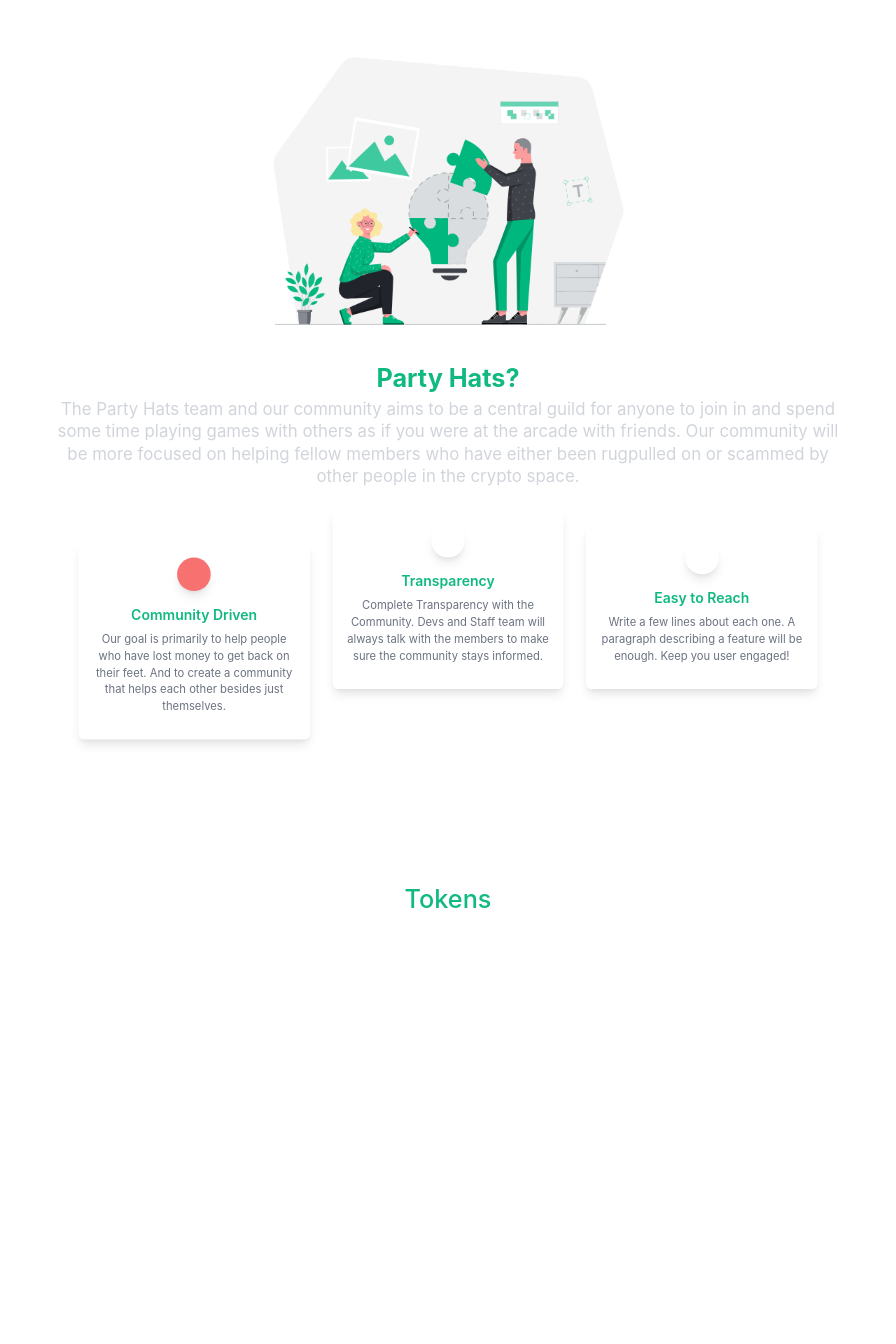
Repository: rhinorphan/phat-landing-page
Page: /
The author's editor kept a copy of each file at every save. The page is drawn from the files as they stood at one save, then again after the next save.
The browser window is 1280 px wide. The pictures show the part of the page from y = 848 to 2768 px (the page is 4016 px tall), at 70% of full size.
The project was rebuilt for these pictures with package versions that can differ from the ones it lists, and the page was loaded fresh each time. Also part of the build but not shown: craco.config.js.

Above is the page before, as saved 2021-11-17 17:44:39.

### public/index.html
<!DOCTYPE html>
<html lang="en">
  <head>
    <meta charset="utf-8" />
    <link rel="icon" href="%PUBLIC_URL%/assets/images/server_icon.png" />
    <meta name="PHAT" content="width=device-width, initial-scale=1" />
    <meta name="theme-color" content="#000000" />
    <meta
      name="description"
      content="PHAT Landing Page"
    />
    <link rel="apple-touch-icon" href="%PUBLIC_URL%/assets/images/server_icon.png" />
    <!--
      manifest.json provides metadata used when your web app is installed on a
      user's mobile device or desktop. See https://developers.google.com/web/fundamentals/web-app-manifest/
    -->
    <link rel="manifest" href="%PUBLIC_URL%/manifest.json" />
    <!--
      Notice the use of %PUBLIC_URL% in the tags above.
      It will be replaced with the URL of the `public` folder during the build.
      Only files inside the `public` folder can be referenced from the HTML.

      Unlike "/favicon.ico" or "favicon.ico", "%PUBLIC_URL%/favicon.ico" will
      work correctly both with client-side routing and a non-root public URL.
      Learn how to configure a non-root public URL by running `npm run build`.
    -->
    <title>Party Hats</title>
  </head>
  <body>
    <noscript>You need to enable JavaScript to run this app.</noscript>
    <div id="root"></div>
    <!--
      This HTML file is a template.
      If you open it directly in the browser, you will see an empty page.

      You can add webfonts, meta tags, or analytics to this file.
      The build step will place the bundled scripts into the <body> tag.

      To begin the development, run `npm start` or `yarn start`.
      To create a production bundle, use `npm run build` or `yarn build`.
    -->
  </body>
</html>

### src/App.js
import logo from './logo.svg';
import './App.css';
import Header from './components/Header';
import Contact from './components/Contact';
import Landing from './components/Landing';
import Community from './components/Community';
import Tokens from './components/Tokens';
import About from './components/About';

function App() {
  return (
    <div className="app">
        <Header />
        <div className="app__body">
          <Landing />
          <Community />
          <Tokens />
          <About />
          <Contact />
        </div>
    </div>
  );
}

export default App;

### src/App.css
.active {
  @apply py-4 px-2 text-green-500 border-b-4 border-green-500 font-semibold
}

.active2 {
  @apply block text-sm px-2 py-4 text-white bg-green-500 font-semibold
}

.nobull {
  list-style-type: none;
}

### src/components/Header.js
import React from 'react';
import { Link, animateScroll as scroll } from "react-scroll";

function Header() {

  const handleSubmit = (e) => {
    e.preventDefault();

		const menu = document.querySelector(".mobile-menu");

		menu.classList.toggle("hidden");
  }
  const scrollToTop = (e) => {
    scroll.scrollToTop();
  };

  return (
    <nav class="bg-white shadow-lg sticky top-0">
			<div class="max-w-6xl mx-auto px-4">
				<div class="flex justify-between">
					<div class="flex space-x-7">
						<div>
							<a href="" class="flex items-center py-4 px-2">
								<img src={`${process.env.PUBLIC_URL}/assets/images/server_icon.png`} alt="Logo" class="inline object-cover w-12 h-12 mr-4 rounded-full"/>
								<span onClick={scrollToTop}class="font-semibold text-gray-500 text-lg">Party Hats</span>
							</a>
						</div>
						<div class="hidden md:flex items-center space-x-1 nobull">
              <li><Link activeClass="active" className="py-4 px-2 text-gray-500 font-semibold hover:text-green-500 transition duration-300 cursor-pointer"
              to="landing" spy={true} smooth={true} duration={500}>Home</Link></li>
							<li><Link activeClass="active" className="py-4 px-2 text-gray-500 font-semibold hover:text-green-500 transition duration-300 cursor-pointer"
              to="community" spy={true} smooth={true} duration={500}>Community</Link></li>
              <li><Link activeClass="active" className="py-4 px-2 text-gray-500 font-semibold hover:text-green-500 transition duration-300 cursor-pointer"
              to="token" spy={true} smooth={true} duration={500}>Tokens</Link></li>
							<li><Link activeClass="active" className="py-4 px-2 text-gray-500 font-semibold hover:text-green-500 transition duration-300 cursor-pointer"
              to="about" spy={true} smooth={true} duration={500}>About</Link></li>
							<li><Link activeClass="active" className="py-4 px-2 text-gray-500 font-semibold hover:text-green-500 transition duration-300 cursor-pointer"
              to="contact" spy={true} smooth={true} duration={500}>Contact</Link></li>
						</div>
					</div>
					<div class="hidden md:flex items-center space-x-3 ">
						<a target="_blank" rel="noopener noreferrer" href="https://tetr.io/" class="py-2 px-8 font-medium text-white bg-green-500 hover:bg-green-400 transition duration-300 rounded-full">Play</a>
					</div>
					<div class="md:hidden flex items-center">
						<button class="outline-none mobile-menu-button" onClick={handleSubmit}>
						<svg class=" w-6 h-6 text-gray-500 hover:text-green-500 "
							x-show="!showMenu"
							fill="none"
							stroke-linecap="round"
							stroke-linejoin="round"
							stroke-width="2"
							viewBox="0 0 24 24"
							stroke="currentColor"
						>
							<path d="M4 6h16M4 12h16M4 18h16"></path>
						</svg>
					</button>
					</div>
				</div>
			</div>
			<div class="hidden mobile-menu">
				<ul class="">
					<li><Link activeClass="active2" className="block text-sm px-2 py-4 hover:bg-green-500 transition duration-300 hover:text-white cursor-pointer"
              to="landing" spy={true} smooth={true} duration={500}>Home</Link></li>
					<li><Link activeClass="active2" className="block text-sm px-2 py-4 hover:bg-green-500 transition duration-300 hover:text-white cursor-pointer"
              to="community" spy={true} smooth={true} duration={500}>Community</Link></li>
          <li><Link activeClass="active2" className="block text-sm px-2 py-4 hover:bg-green-500 transition duration-300 hover:text-white cursor-pointer"
              to="token" spy={true} smooth={true} duration={500}>Tokens</Link></li>
					<li><Link activeClass="active2" className="block text-sm px-2 py-4 hover:bg-green-500 transition duration-300 hover:text-white cursor-pointer"
              to="about" spy={true} smooth={true} duration={500}>About</Link></li>
					<li><Link activeClass="active2" className="block text-sm px-2 py-4 hover:bg-green-500 transition duration-300 hover:text-white cursor-pointer"
              to="contact" spy={true} smooth={true} duration={500}>Contact</Link></li>
				</ul>
			</div>
		</nav>
  )
}

export default Header

### src/components/Contact.js
import React from 'react'
import { Link, animateScroll as scroll } from "react-scroll";

function Contact() {

  return (
    <section
      className="text-gray-700 body-font h-100" name="contact">
        <div className="container px-5 py-18 mx-auto">
          <div className="flex flex-col text-center w-full mb-12">
            <h1 className="sm:text-4xl text-2xl font-medium title-font mb-4 text-green-500">
              Contact Us
            </h1>
            <p className="lg:w-2/3 mx-auto leading-relaxed text-base">
            Neque porro quisquam est qui dolorem ipsum quia dolor sit amet, consectetur, adipisci velit.
            </p>
          </div>
          <div className="lg:w-1/2 md:w-2/3 mx-auto">
            <div className="flex flex-wrap -m-2">
              <div className="p-2 w-1/2">
                <div className="">
                  <label for="name" className="leading-7 text-sm text-gray-600">
                    Name
                  </label>
                  <input
                    type="text"
                    id="name"
                    name="name"
                    className="w-full bg-gray-100 rounded border border-gray-300 focus:border-green-500 text-base outline-none text-gray-700 py-1 px-3 leading-8 transition-colors duration-200 ease-in-out"
                  />
                </div>
              </div>
              <div className="p-2 w-1/2">
                <div className="">
                  <label
                    for="email"
                    className="leading-7 text-sm text-gray-600"
                  >
                    Email
                  </label>
                  <input
                    type="email"
                    id="email"
                    name="email"
                    className="w-full bg-gray-100 rounded border border-gray-300 focus:border-green-500 text-base outline-none text-gray-700 py-1 px-3 leading-8 transition-colors duration-200 ease-in-out"
                  />
                </div>
              </div>
              <div className="p-2 w-full">
                <div className="">
                  <label
                    for="message"
                    className="leading-7 text-sm text-gray-600"
                  >
                    Message
                  </label>
                  <textarea
                    id="message"
                    name="message"
                    className="w-full bg-gray-100 rounded border border-gray-300 focus:border-green-500 h-32 text-base outline-none text-gray-700 py-1 px-3 resize-none leading-6 transition-colors duration-200 ease-in-out"
                  ></textarea>
                </div>
              </div>
              <div className="p-2 w-full">
                <button className="flex mx-auto py-2 px-8 font-medium text-white bg-green-500 rounded hover:bg-green-400 transition duration-300">
                  Send
                </button>
              </div>
              <div className="p-2 w-full pt-8 mt-8 border-t border-gray-200 text-center">
                <a className="text-green-500">example@email.com</a>
                <p className="leading-normal my-5">
                  49 Smith St.
                  <br />
                  Saint Cloud, MN 56301
                </p>
                <span className="inline-flex">
                  <a className="ml-4 text-gray-500">
                    <svg xmlns="http://www.w3.org/2000/svg" className="w-5 h-5" fill="currentColor" class="bi bi-discord" viewBox="0 0 16 16">
                      <path d="M13.545 2.907a13.227 13.227 0 0 0-3.257-1.011.05.05 0 0 0-.052.025c-.141.25-.297.577-.406.833a12.19 12.19 0 0 0-3.658 0 8.258 8.258 0 0 0-.412-.833.051.051 0 0 0-.052-.025c-1.125.194-2.22.534-3.257 1.011a.041.041 0 0 0-.021.018C.356 6.024-.213 9.047.066 12.032c.001.014.01.028.021.037a13.276 13.276 0 0 0 3.995 2.02.05.05 0 0 0 .056-.019c.308-.42.582-.863.818-1.329a.05.05 0 0 0-.01-.059.051.051 0 0 0-.018-.011 8.875 8.875 0 0 1-1.248-.595.05.05 0 0 1-.02-.066.051.051 0 0 1 .015-.019c.084-.063.168-.129.248-.195a.05.05 0 0 1 .051-.007c2.619 1.196 5.454 1.196 8.041 0a.052.052 0 0 1 .053.007c.08.066.164.132.248.195a.051.051 0 0 1-.004.085 8.254 8.254 0 0 1-1.249.594.05.05 0 0 0-.03.03.052.052 0 0 0 .003.041c.24.465.515.909.817 1.329a.05.05 0 0 0 .056.019 13.235 13.235 0 0 0 4.001-2.02.049.049 0 0 0 .021-.037c.334-3.451-.559-6.449-2.366-9.106a.034.034 0 0 0-.02-.019Zm-8.198 7.307c-.789 0-1.438-.724-1.438-1.612 0-.889.637-1.613 1.438-1.613.807 0 1.45.73 1.438 1.613 0 .888-.637 1.612-1.438 1.612Zm5.316 0c-.788 0-1.438-.724-1.438-1.612 0-.889.637-1.613 1.438-1.613.807 0 1.451.73 1.438 1.613 0 .888-.631 1.612-1.438 1.612Z"/>
                    </svg>
                  </a>
                  <a className="ml-4 text-gray-500">
                    <svg xmlns="http://www.w3.org/2000/svg" className="w-5 h-5" fill="currentColor" class="bi bi-telegram" viewBox="0 0 16 16">
                      <path d="M16 8A8 8 0 1 1 0 8a8 8 0 0 1 16 0zM8.287 5.906c-.778.324-2.334.994-4.666 2.01-.378.15-.577.298-.595.442-.03.243.275.339.69.47l.175.055c.408.133.958.288 1.243.294.26.006.549-.1.868-.32 2.179-1.471 3.304-2.214 3.374-2.23.05-.012.12-.026.166.016.047.041.042.12.037.141-.03.129-1.227 1.241-1.846 1.817-.193.18-.33.307-.358.336a8.154 8.154 0 0 1-.188.186c-.38.366-.664.64.015 1.088.327.216.589.393.85.571.284.194.568.387.936.629.093.06.183.125.27.187.331.236.63.448.997.414.214-.02.435-.22.547-.82.265-1.417.786-4.486.906-5.751a1.426 1.426 0 0 0-.013-.315.337.337 0 0 0-.114-.217.526.526 0 0 0-.31-.093c-.3.005-.763.166-2.984 1.09z"/>
                    </svg>
                  </a>
                </span>
              </div>
            </div>
          </div>
        </div>
      </section>
  )
}

export default Contact

### src/components/Landing.js
import React from 'react'
import { Link, animateScroll as scroll } from "react-scroll";

function Landing() {
  return (
    <section className="grid md:flex place-items-center h-screen py-10 px-4" name="landing">
      <div class="mx-16">
        <h2 class="text-4xl  font-bold mb-2 text-green-500">
          Community Arcade Cabinet
        </h2>
        <h3 class="text-2xl mb-2 text-gray-300">
        With your beloved games.
        </h3>
        <h3 class="text-2xl mb-8 text-green-500">
        Join the revolution!
        </h3>

        <button class="m-2 bg-white font-bold rounded-full py-4 px-8 shadow-lg uppercase tracking-wider text-green-500 hover:bg-green-400 transition duration-300 hover:text-white">
          <a target="_blank" rel="noopener noreferrer" href="https://lionell-moore.gitbook.io/crypto-party-hats/introductions/what-is-party-hats">Whitepaper</a>
        </button>
        <button class="m-2 bg-white font-bold rounded-full py-4 px-8 shadow-lg uppercase tracking-wider text-green-500 hover:bg-green-400 transition duration-300 hover:text-white">
          <a target="_blank" rel="noopener noreferrer" href="#"><Link activeClass="active"
              to="community" spy={true} smooth={true} duration={500}>Learn More</Link></a>
        </button>
      </div>
      <div className="w-full">
        <img src={`${process.env.PUBLIC_URL}/assets/images/landing.png`} alt="" className="h-full w-full"/>
      </div>
    </section>
  )
}

export default Landing

### src/components/Community.js
import React from 'react'

function Community() {
  return (
    <section className="grid md:grid place-items-center h-100 py-10 px-4" name="community">
      <div className="w-min-50">
        <img src={`${process.env.PUBLIC_URL}/assets/images/collab.png`} alt=""/>
      </div>
      <div class="mx-16 w-50">
        <h2 class="flex text-4xl  font-bold mb-2 text-green-500 justify-center">
        Party Hats?
        </h2>
        <h3 class="flex text-2xl mb-2 text-gray-300 text-center">
        The Party Hats team and our community aims to be a central guild for anyone to join in and spend some time playing games with others as if you were at the arcade with friends. Our community will be more focused on helping fellow members who have either been rugpulled on or scammed by other people in the crypto space.
        </h3>
        <section class="pb-10 bg-blueGray-200 mt-8">
        <div class="container mx-auto px-4">
          <div class="flex flex-wrap">
            <div class="lg:pt-12 pt-6 w-full md:w-4/12 px-4 text-center">
              <div class="flex flex-col min-w-0 break-words bg-white w-full mb-8 shadow-lg rounded-lg">
                <div class="px-4 py-5 flex-auto">
                  <div class="text-white p-3 text-center inline-flex items-center justify-center w-12 h-12 mb-5 shadow-lg rounded-full bg-red-400">
                    <i class="fas fa-award"></i>
                  </div>
                  <h6 class="text-xl font-semibold text-green-500">Community Driven</h6>
                  <p class="mt-2 mb-4 text-gray-500">
                  Our goal is primarily to help people who have lost money to get back on their feet. And to create a community that helps each other besides just themselves.
                  </p>
                </div>
              </div>
            </div>
            <div class="w-full md:w-4/12 px-4 text-center">
              <div class="flex flex-col min-w-0 break-words bg-white w-full mb-8 shadow-lg rounded-lg">
                <div class="px-4 py-5 flex-auto">
                  <div class="text-white p-3 text-center inline-flex items-center justify-center w-12 h-12 mb-5 shadow-lg rounded-full bg-lightBlue-400">
                    <i class="fas fa-retweet"></i>
                  </div>
                  <h6 class="text-xl font-semibold text-green-500">Transparency</h6>
                  <p class="mt-2 mb-4 text-gray-500">
                  Complete Transparency with the Community.
                  Devs and Staff team will always talk with the members to make sure the community stays informed.
                  </p>
                </div>
              </div>
            </div>
            <div class="pt-6 w-full md:w-4/12 px-4 text-center">
              <div class="flex flex-col min-w-0 break-words bg-white w-full mb-8 shadow-lg rounded-lg">
                <div class="px-4 py-5 flex-auto">
                  <div class="text-white p-3 text-center inline-flex items-center justify-center w-12 h-12 mb-5 shadow-lg rounded-full bg-emerald-400">
                    <i class="fas fa-fingerprint"></i>
                  </div>
                  <h6 class="text-xl font-semibold text-green-500">Easy to Reach</h6>
                  <p class="mt-2 mb-4 text-gray-500">
                    Write a few lines about each one. A paragraph describing a
                    feature will be enough. Keep you user engaged!
                  </p>
                </div>
              </div>
            </div>
          </div>
        </div>
        </section>
      </div>
    </section>
  )
}

export default Community

### src/components/Tokens.js
import React from 'react'

function Tokens() {
  return (
    <section name="token" className="h-screen container px-5 py-24 mx-auto flex justify-center">
      <p className="sm:text-4xl text-2xl font-medium title-font mb-4 text-green-500">Tokens</p>
    </section>
  )
}

export default Tokens

### src/components/About.js
import React from 'react'

// shadow-lg border border-gray-200 rounded-full overflow-hidden - picture TEAM div className

function About() {
  return (
    <section name="about" className="h-100 container px-5 py-24 mx-auto flex-col">
      <div>
        <p className="flex justify-center sm:text-4xl text-2xl font-medium title-font mb-10 text-green-500">Meet the Team</p>
      </div>
      <div class="flex flex-col sm:flex-row gap-4">

			<div class="flex flex-col items-center justify-center bg-white p-4 shadow rounded-lg">
				<div class="inline-flex h-40 w-40">
					<img src={`${process.env.PUBLIC_URL}/assets/images/team1.png`}
						 alt=""
						 class="h-full w-full"/>
				</div>

				<h2 class="mt-4 font-bold text-xl">John Smith</h2>
				<h6 class="mt-2 text-sm font-medium text-green-500">Founder</h6>

				<p class="text-xs text-gray-500 text-center mt-3">
					Lorem ipsum dolor sit amet, consectetur adipisicing elit. Ab enim molestiae nulla.
				</p>

				<ul class="flex flex-row mt-4 space-x-2">
					<li>
						<a href="" class="flex items-center justify-center h-8 w-8 border rounded-full text-gray-800 border-gray-800">
							<i class="fab fa-facebook"></i>
						</a>
					</li>
					<li>
						<a href="" class="flex items-center justify-center h-8 w-8 border rounded-full text-gray-800 border-gray-800">
							<i class="fab fa-twitter"></i>
						</a>
					</li>
					<li>
						<a href="" class="flex items-center justify-center h-8 w-8 border rounded-full text-gray-800 border-gray-800">
							<i class="fab fa-instagram"></i>
						</a>
					</li>
				</ul>
			</div>

			<div class="flex flex-col items-center justify-center bg-white p-4 shadow rounded-lg">
				<div class="inline-flex h-40 w-40">
					<img src={`${process.env.PUBLIC_URL}/assets/images/team2.png`}
						 alt=""
						 class="h-full w-full"/>
				</div>

				<h2 class="mt-4 font-bold text-xl">Anna Bennett</h2>
				<h6 class="mt-2 text-sm font-medium text-green-500">CFO</h6>

				<p class="text-xs text-gray-500 text-center mt-3">
					Lorem ipsum dolor sit amet, consectetur adipisicing elit. Ab enim molestiae nulla.
				</p>

				<ul class="flex flex-row mt-4 space-x-2">
					<li>
						<a href="" class="flex items-center justify-center h-8 w-8 border rounded-full text-gray-800 border-gray-800">
							<i class="fab fa-facebook"></i>
						</a>
					</li>
					<li>
						<a href="" class="flex items-center justify-center h-8 w-8 border rounded-full text-gray-800 border-gray-800">
							<i class="fab fa-twitter"></i>
						</a>
					</li>
					<li>
						<a href="" class="flex items-center justify-center h-8 w-8 border rounded-full text-gray-800 border-gray-800">
							<i class="fab fa-instagram"></i>
						</a>
					</li>
				</ul>
			</div>

			<div class="flex flex-col items-center justify-center bg-white p-4 shadow rounded-lg">
				<div class="inline-flex h-40 w-40">
					<img src={`${process.env.PUBLIC_URL}/assets/images/team3.png`}
						 alt=""
						 class="h-full w-full"/>
				</div>

				<h2 class="mt-4 font-bold text-xl">Mary Taylor</h2>
				<h6 class="mt-2 text-sm font-medium text-green-500">Marketing</h6>

				<p class="text-xs text-gray-500 text-center mt-3">
					Lorem ipsum dolor sit amet, consectetur adipisicing elit. Ab enim molestiae nulla.
				</p>

				<ul class="flex flex-row mt-4 space-x-2">
					<li>
						<a href="" class="flex items-center justify-center h-8 w-8 border rounded-full text-gray-800 border-gray-800">
							<i class="fab fa-facebook"></i>
						</a>
					</li>
					<li>
						<a href="" class="flex items-center justify-center h-8 w-8 border rounded-full text-gray-800 border-gray-800">
							<i class="fab fa-twitter"></i>
						</a>
					</li>
					<li>
						<a href="" class="flex items-center justify-center h-8 w-8 border rounded-full text-gray-800 border-gray-800">
							<i class="fab fa-instagram"></i>
						</a>
					</li>
				</ul>
			</div>

		</div>

    </section>
  )
}

export default About

Loaded but not shown: src/index.js (common file); src/index.css (common file); src/reportWebVitals.js (common file); tailwind.config.js (common file)

After the next save:
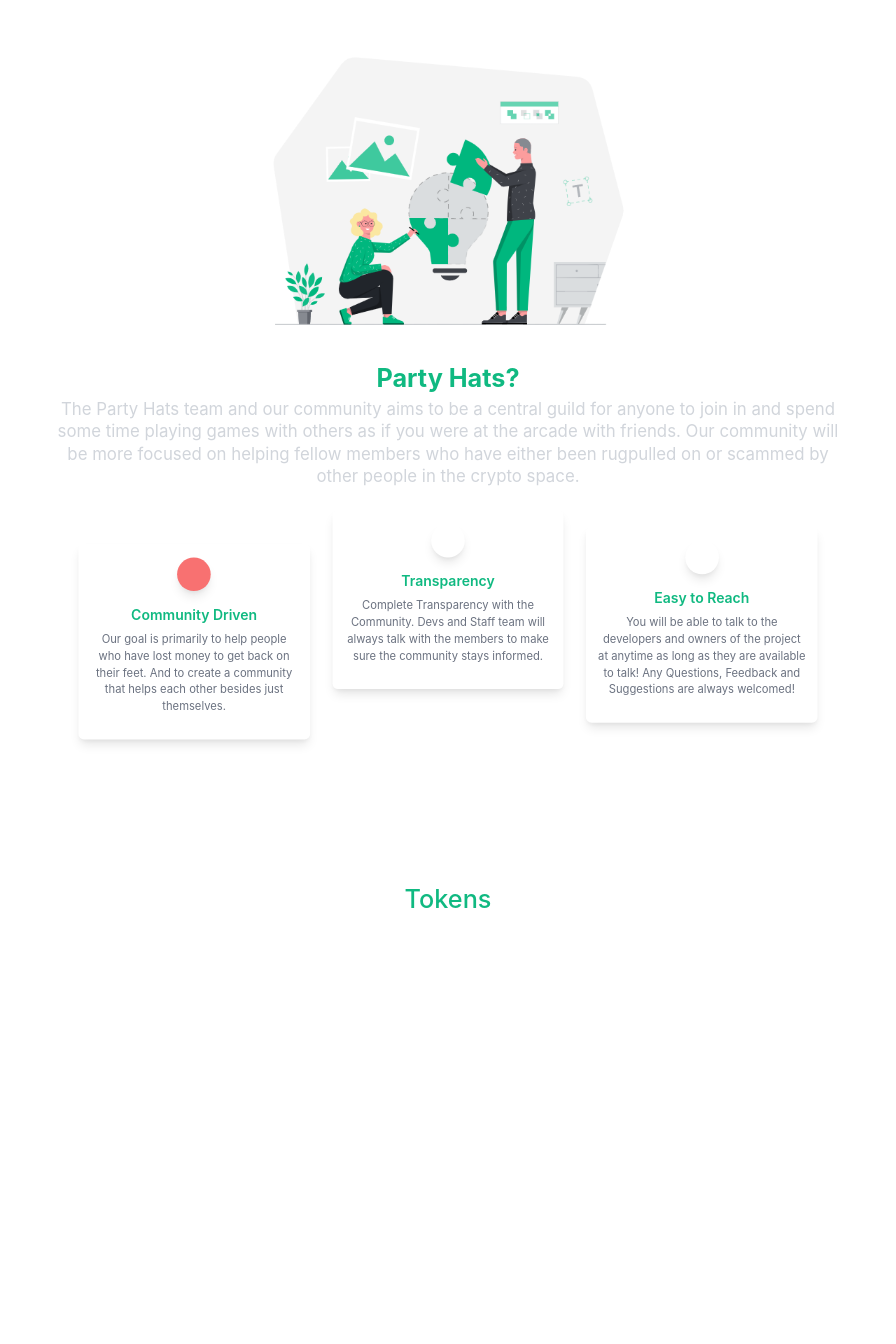
Saved 46 s later.
--- a/src/components/Community.js
+++ b/src/components/Community.js
@@ -51,8 +51,7 @@ function Community() {
                   </div>
                   <h6 class="text-xl font-semibold text-green-500">Easy to Reach</h6>
                   <p class="mt-2 mb-4 text-gray-500">
-                    Write a few lines about each one. A paragraph describing a
-                    feature will be enough. Keep you user engaged!
+                  You will be able to talk to the developers and owners of the project at anytime as long as they are available to talk! Any Questions, Feedback and Suggestions are always welcomed!
                   </p>
                 </div>
               </div>
